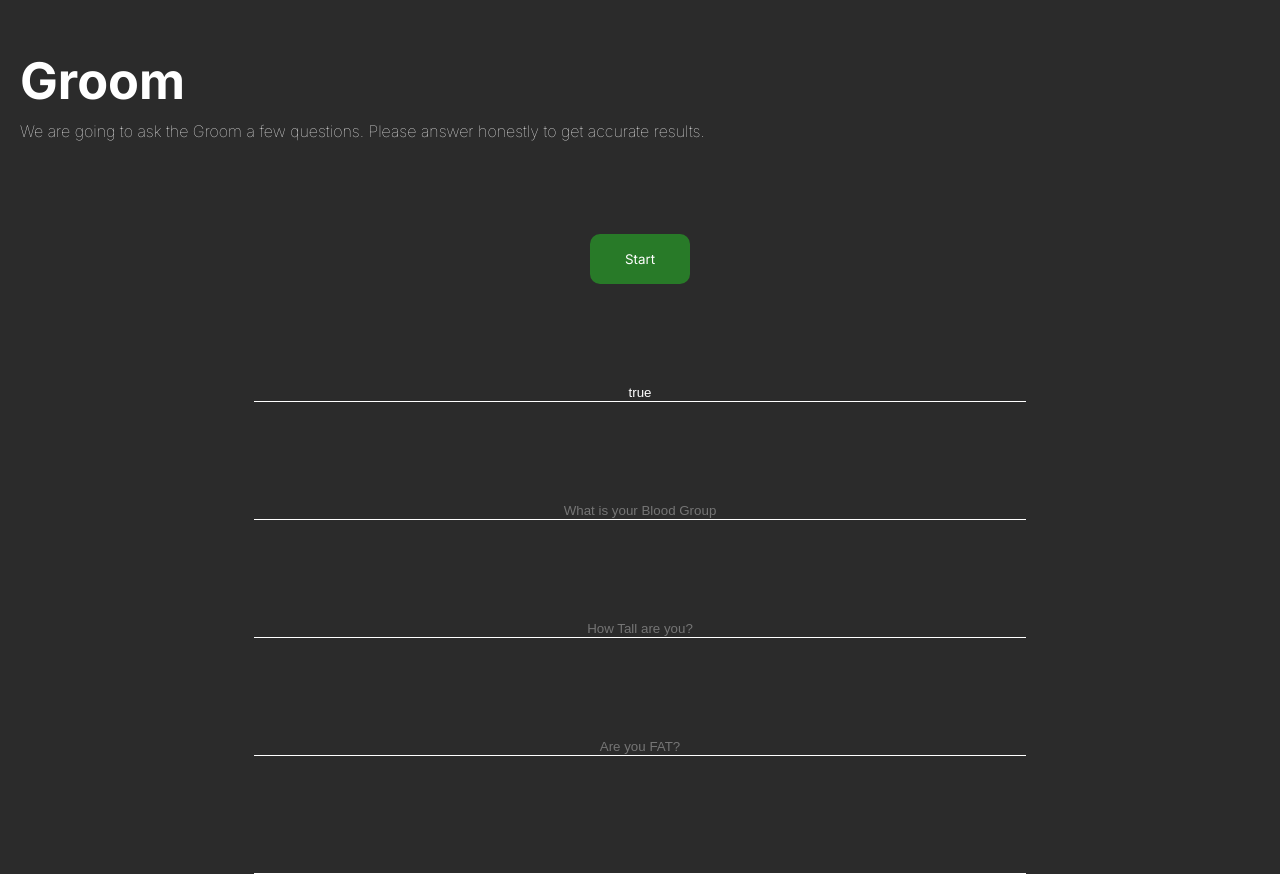
Repository: devhabeeblateef/tictactoe
Page: /
An editor plug-in stored every save of this project. The page is shown before and after the next save, followed by the edit.
The browser window is 1280 px wide. The pictures show the whole page.
The project was rebuilt for these pictures with package versions that can differ from the ones it lists, and the page was loaded fresh each time. Also part of the build but not shown: src/App.css, src/Myform.js.

Above is the page before, as saved 2022-06-17 02:19:45.

After the next save:
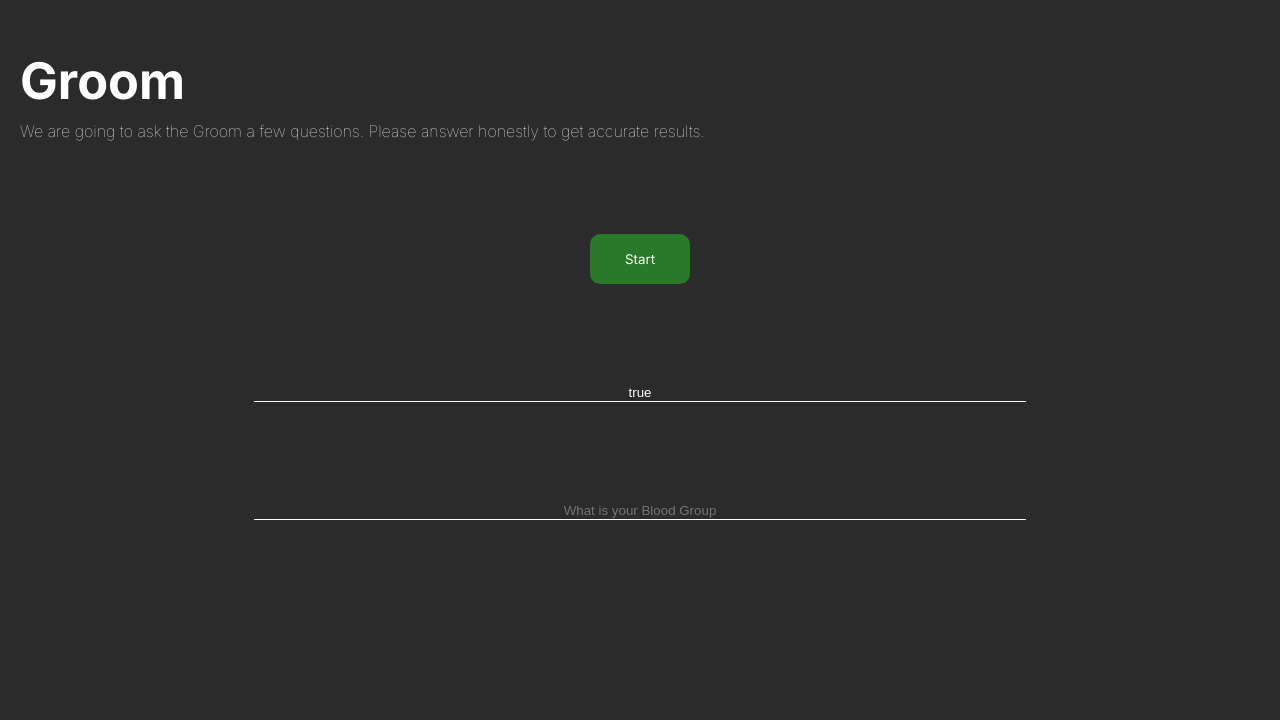
Saved 11 s later.
--- a/src/Form.js
+++ b/src/Form.js
@@ -27,9 +27,6 @@ function Form() {
         value
         placeholder={maleQuestions[0]}/>
         <input className={classes.questions} placeholder={maleQuestions[1]}/>
-        <input className={classes.questions} placeholder={maleQuestions[2]}/>
-        <input className={classes.questions} placeholder={maleQuestions[3]}/>
-        <input className={classes.questions}  placeholder={maleQuestions[4]}/>
         </center>
     </div>
   )
